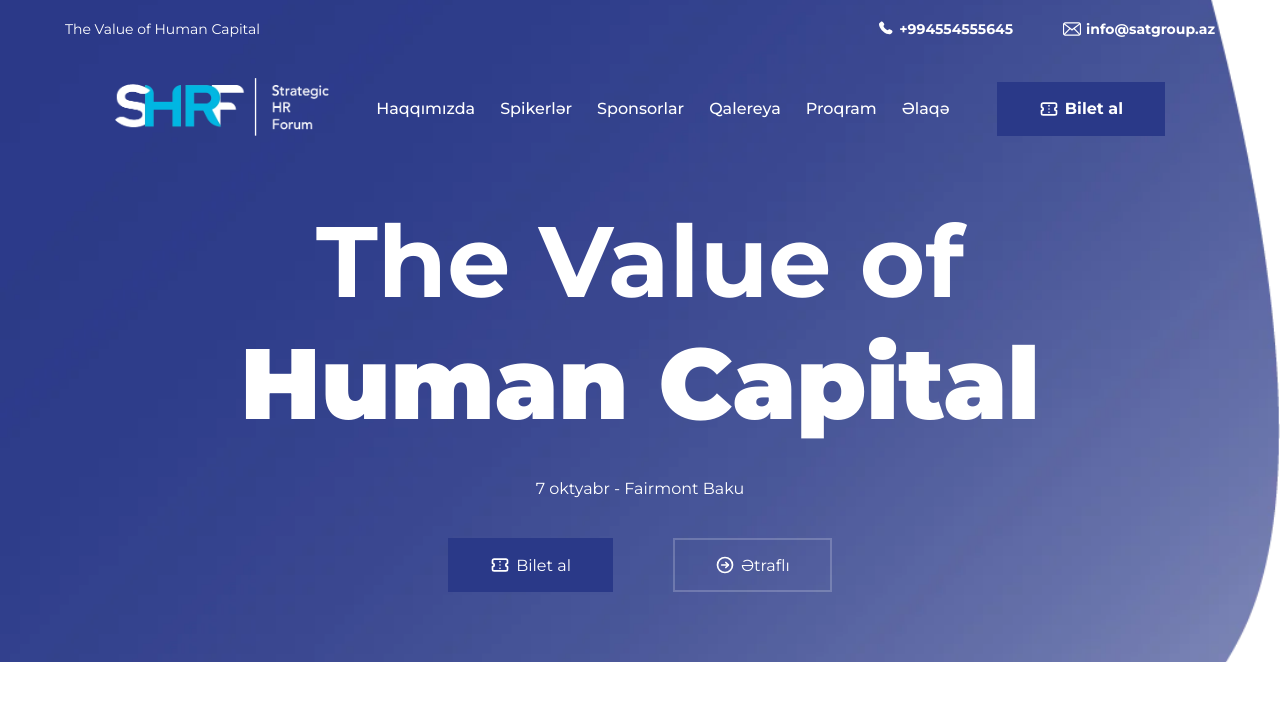
Repository: allahverdiyevabdulhasan/shrf
Page: /
The author's editor kept a copy of each file at every save. The page is drawn from the files as they stood at one save, then again after the next save.
The browser window is 1280 px wide. The pictures show the whole page.
The project was rebuilt for these pictures with package versions that can differ from the ones it lists, and the page was loaded fresh each time. Also part of the build but not shown: vite.config.js, src/App.css.

Above is the page before, as saved 2024-08-16 10:53:26.

### src/App.jsx
import './App.css'
import Header from './components/Header'
import Intro from './components/Intro'

function App() {

  return (
    <div id='page'>
      <Header />
      <Intro />
    </div>
  )
}

export default App

### src/index.css
@import url('https://fonts.googleapis.com/css2?family=Montserrat:ital,wght@0,100..900;1,100..900&display=swap');

* {
  margin: 0;
  box-sizing: border-box;
  padding: 0;
  font-family: Montserrat;
  transition: all .4s ease-in-out;
}

:root {
  --globalPrimary: #2a3988;
}

ul {
  padding: 0;
  list-style: none;
}

a {
  color: #fff;
  text-decoration: none;
}

button {
  cursor: pointer;
}

.container {
  max-width: 1170px;
  margin: 0 auto;
  padding: 0 10px;
}
#page{
  position: relative;
}

.buy__button {
  display: flex;
  align-items: center;
  border: 2px solid transparent;
  background: var(--globalPrimary);
  font-size: 16px;
  font-weight: 700;
  color: #fff;
  padding: 15px 40px;
  & svg{
    margin: 0 6px 0 0;
  }
  &:hover {
    box-shadow: 0 3px 10px 3px #fff;
    transform: translateY(-3px);
  }
}

### src/components/Header/index.jsx

import s from './style.module.css'

export default function Header() {


    return (
        <header >
             <div className={s.top}>
               <div className="container">
               <div className={s.top__left}>
                    The Value of Human Capital
                </div>
                <div className={s.top__right}>
                    <ul>
                        <li>
                            <a href="tel:+994554555645">
                            <svg width={18} viewBox="0 0 24 24" fill="none" xmlns="http://www.w3.org/2000/svg"><g id="SVGRepo_bgCarrier" stroke-width="0"></g><g id="SVGRepo_tracerCarrier" stroke-linecap="round" stroke-linejoin="round"></g><g id="SVGRepo_iconCarrier"> <path d="M16.5562 12.9062L16.1007 13.359C16.1007 13.359 15.0181 14.4355 12.0631 11.4972C9.10812 8.55901 10.1907 7.48257 10.1907 7.48257L10.4775 7.19738C11.1841 6.49484 11.2507 5.36691 10.6342 4.54348L9.37326 2.85908C8.61028 1.83992 7.13596 1.70529 6.26145 2.57483L4.69185 4.13552C4.25823 4.56668 3.96765 5.12559 4.00289 5.74561C4.09304 7.33182 4.81071 10.7447 8.81536 14.7266C13.0621 18.9492 17.0468 19.117 18.6763 18.9651C19.1917 18.9171 19.6399 18.6546 20.0011 18.2954L21.4217 16.883C22.3806 15.9295 22.1102 14.2949 20.8833 13.628L18.9728 12.5894C18.1672 12.1515 17.1858 12.2801 16.5562 12.9062Z" fill="#ffffff"></path> </g></svg>
                            +994554555645</a>
                        </li>
                        <li>
                            <a href="mailto:info@satgroup.az">
                            <svg width={18} viewBox="0 -4 32 32" version="1.1" xmlns="http://www.w3.org/2000/svg" xmlns:xlink="http://www.w3.org/1999/xlink" xmlns:sketch="http://www.bohemiancoding.com/sketch/ns" fill="#000000"><g id="SVGRepo_bgCarrier" stroke-width="0"></g><g id="SVGRepo_tracerCarrier" stroke-linecap="round" stroke-linejoin="round"></g><g id="SVGRepo_iconCarrier"> <title>mail</title> <desc>Created with Sketch Beta.</desc> <defs> </defs> <g id="Page-1" stroke="none" stroke-width="1" fill="none" fill-rule="evenodd" sketch:type="MSPage"> <g id="Icon-Set" sketch:type="MSLayerGroup" transform="translate(-412.000000, -259.000000)" fill="#ffffff"> <path d="M442,279 C442,279.203 441.961,279.395 441.905,279.578 L433,270 L442,263 L442,279 L442,279 Z M415.556,280.946 L424.58,271.33 L428,273.915 L431.272,271.314 L440.444,280.946 C440.301,280.979 415.699,280.979 415.556,280.946 L415.556,280.946 Z M414,279 L414,263 L423,270 L414.095,279.578 C414.039,279.395 414,279.203 414,279 L414,279 Z M441,261 L428,271 L415,261 L441,261 L441,261 Z M440,259 L416,259 C413.791,259 412,260.791 412,263 L412,279 C412,281.209 413.791,283 416,283 L440,283 C442.209,283 444,281.209 444,279 L444,263 C444,260.791 442.209,259 440,259 L440,259 Z" id="mail" sketch:type="MSShapeGroup"> </path> </g> </g> </g></svg>
                                info@satgroup.az</a>
                            </li>
                    </ul>
                </div>
               </div>
            </div>
            <div className="container">

            <div className={s.header__items}>
                <div className={s.logo}>
                    <a href="/"><img src="./public/assets/img/logo.webp" alt="Logo" /></a>
                </div>
                <nav>
                    <ul>
                        <li><a href="">Haqqımızda</a></li>
                        <li><a href="">Spikerlər</a></li>
                        <li><a href="">Sponsorlar</a></li>
                        <li><a href="">Qalereya</a></li>
                        <li><a href="">Proqram</a></li>
                        <li><a href="">Əlaqə</a></li>
                    </ul>
                </nav>
                <button className='buy__button'>
                <svg width={20} viewBox="0 0 24 24" fill="none" xmlns="http://www.w3.org/2000/svg"><g id="SVGRepo_bgCarrier" stroke-width="0"></g><g id="SVGRepo_tracerCarrier" stroke-linecap="round" stroke-linejoin="round"></g><g id="SVGRepo_iconCarrier"> <path d="M12 16H12.01M12 12H12.01M12 8H12.01M21 14V17C21 18.1046 20.1046 19 19 19H5C3.89543 19 3 18.1046 3 17V14C4.10457 14 5 13.1046 5 12C5 10.8954 4.10457 10 3 10V7C3 5.89543 3.89543 5 5 5H19C20.1046 5 21 5.89543 21 7V10C19.8954 10 19 10.8954 19 12C19 13.1046 19.8954 14 21 14Z" stroke="#ffffff" stroke-width="2" stroke-linecap="round" stroke-linejoin="round"></path> </g></svg>
                    Bilet al
                </button>
            </div>
            </div>

        </header>
    )
}

### src/components/Intro/index.jsx
import s from './style.module.css'

export default function Intro() {


    return (
        <div className={s.intro}>
            <div className={s.intro__content}>
                <h1>
                    The Value of
                    <br />
                    <span>Human Capital</span>
                </h1>

                <p>7 oktyabr - Fairmont Baku</p>

                <div className={s.buttons}>
                <button className='buy__button'>
                <svg width={20} viewBox="0 0 24 24" fill="none" xmlns="http://www.w3.org/2000/svg"><g id="SVGRepo_bgCarrier" stroke-width="0"></g><g id="SVGRepo_tracerCarrier" stroke-linecap="round" stroke-linejoin="round"></g><g id="SVGRepo_iconCarrier"> <path d="M12 16H12.01M12 12H12.01M12 8H12.01M21 14V17C21 18.1046 20.1046 19 19 19H5C3.89543 19 3 18.1046 3 17V14C4.10457 14 5 13.1046 5 12C5 10.8954 4.10457 10 3 10V7C3 5.89543 3.89543 5 5 5H19C20.1046 5 21 5.89543 21 7V10C19.8954 10 19 10.8954 19 12C19 13.1046 19.8954 14 21 14Z" stroke="#ffffff" stroke-width="2" stroke-linecap="round" stroke-linejoin="round"></path> </g></svg>
                    Bilet al
                </button>
                <a href="" className='buy__button'>
                <svg  width={20} viewBox="0 0 24 24" fill="none" xmlns="http://www.w3.org/2000/svg"><g id="SVGRepo_bgCarrier" stroke-width="0"></g><g id="SVGRepo_tracerCarrier" stroke-linecap="round" stroke-linejoin="round"></g><g id="SVGRepo_iconCarrier"> <path d="M21 12C21 16.9706 16.9706 21 12 21C7.02944 21 3 16.9706 3 12C3 7.02944 7.02944 3 12 3C16.9706 3 21 7.02944 21 12Z" stroke="#ffffff" stroke-width="2"></path> <path d="M16 12L8 12" stroke="#ffffff" stroke-width="2" stroke-linecap="round" stroke-linejoin="round"></path> <path d="M13 15L15.913 12.087V12.087C15.961 12.039 15.961 11.961 15.913 11.913V11.913L13 9" stroke="#ffffff" stroke-width="2" stroke-linecap="round" stroke-linejoin="round"></path> </g></svg>

                Ətraflı
                </a>
                </div>
            </div>
        </div>
    )
}

### src/components/Header/style.module.css
header {
    position: absolute;
    top: 0;
    left: 50%;
    width: 100%;
    transform: translateX(-50%);
}

.top {

    padding: 20px 0;
    color: #fff;
    font-size: 14px;
    & > div{
        width: 100%;
        display: flex;
        justify-content: space-between;
        align-items: center;
    }
}

.top__right {
    & a,
    & ul {
        display: flex;
        align-items: center;
        font-weight: 700;
        flex-wrap: wrap;
        justify-content: end;
    }

    & li {
        margin: 0 0 0 50px;
        &:first-child{
            margin: 0;
        }
    }

    & svg {
        margin: 0 5px 0 0;
    }

    & a:hover {
        text-shadow: 0 0 10px #fff;

    }
}


.header__items {
    display: flex;
    padding: 20px 50px;
    align-items: center;
    justify-content: space-between;

    & .logo{
        max-width: 214px;
        min-width: 150px;
        & img{
            width: 100%;
        }
    }

    & nav{
        margin: 0 10px;
    }

    & ul {
        display: flex;
        & li{
            margin: 0 25px 0 0;
            position: relative;
            &::after{
                content: '';
                position: absolute;
                bottom: 0;
                left: 0;
                width: 0;
                height: 3px;
                border-radius: 3px;
                background-color: #00FFF0;
                transition: all .4s ease-in-out;
            }
            &:hover{
                & a{
                    color: #00FFF0;
                }
                &::after{
                    width: 100%;
                }
            }
            & a{
                display: inline-block;
                padding: 10px 0;
                font-weight: 500;
            }
            &:last-child{
                margin: 0;
            }
        }
    }
}



@media only screen and (width < 1290){
    header{
        .top{
            background: #0000007e;
        }
    }
}

### src/components/Intro/style.module.css
.intro{
    min-height: 80vh;
    background: url('./../../../public/assets/img/introBg.webp') center/cover;
    display: flex;
    align-items: center;
    justify-content: center;

    & h1{
        font-size: clamp(45px, 8vw, 100px);
        color: #fff;
        text-align: center;
        margin: 200px 0 0 0;
        & span{
            font-weight: 900;
        }
    }
}

.intro__content{
    margin: 0 0 70px 0;
    & > p{
        color: #fff;
        text-align: center;
        margin: 35px 0  40px 0;
    }

    & .buttons{
        display: flex;
        justify-content: center;
        align-items: center;
        & button, & a{
            font-weight: 400;
            margin: 0 clamp(10px, 3vw, 30px);
        }
        & a{
            background: none;
            border-color: #FFFFFF33;
            &:hover{
                background-color: var(--globalPrimary);
            }
        }
    }
}

Loaded but not shown: index.html (common file); src/main.jsx (common file)

After the next save:
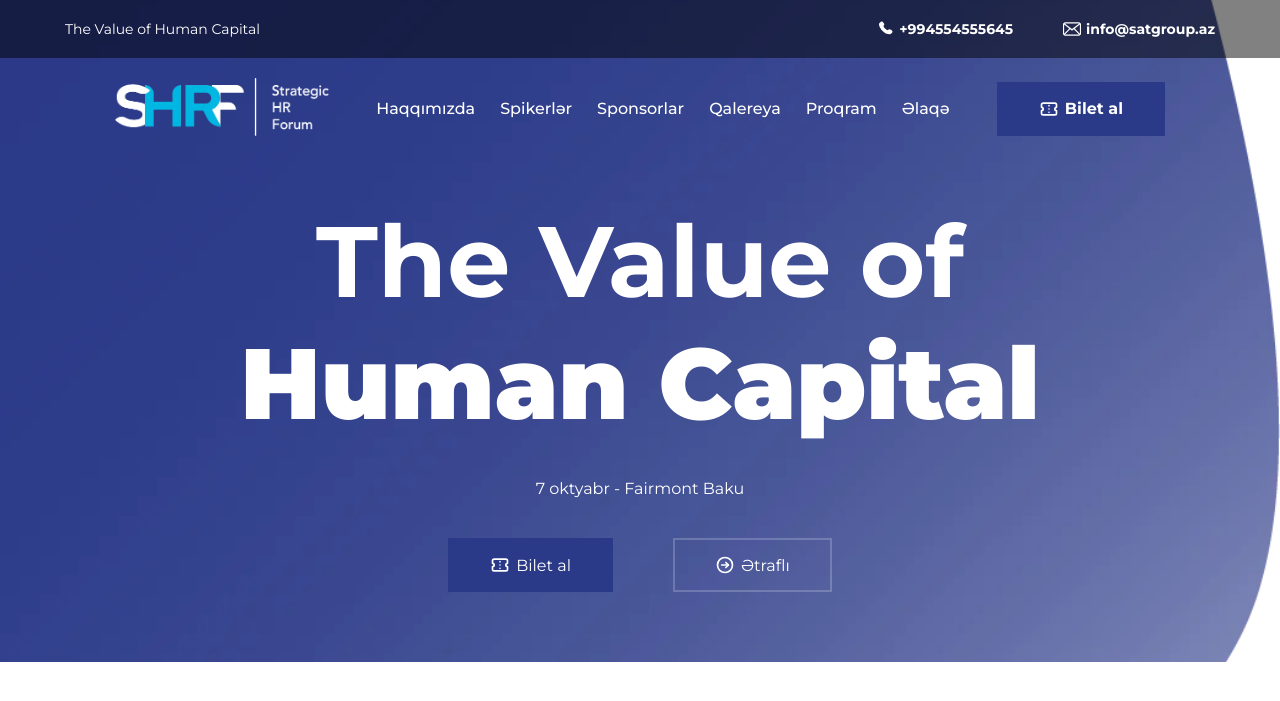
Saved 20 s later.
--- a/src/components/Header/style.module.css
+++ b/src/components/Header/style.module.css
@@ -7,7 +7,6 @@ header {
 }
 
 .top {
-
     padding: 20px 0;
     color: #fff;
     font-size: 14px;
@@ -103,7 +102,7 @@ header {
 
 
 
-@media only screen and (width < 1290){
+@media only screen and (width < 1290px){
     header{
         .top{
             background: #0000007e;
